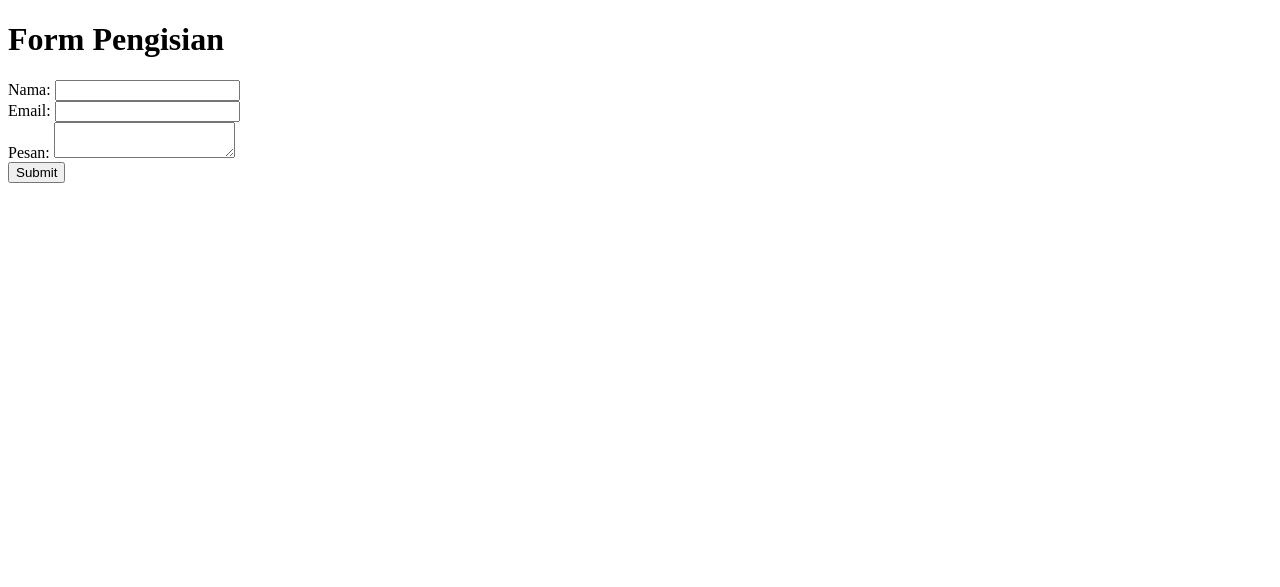
Repository: RifaiKN/flask-week10
Page: http://localhost/form/
The author's editor kept a copy of each file at every save. The page is drawn from the files as they stood at one save, then again after the next save.
The browser window is 1280 px wide. The pictures show the whole page.
The page is served by the project's application, run on Flask 3 (app.py). Other server files are loaded and not shown.

Above is the page before, as saved 2023-11-17 22:39:07.

### templates/form.html
<!DOCTYPE html>
<html lang="en">
<head>
    <meta charset="UTF-8">
    <meta name="viewport" content="width=device-width, initial-scale=1.0">
    <title>Form</title>
</head>
<body>
    <h1>Form Pengisian</h1>
    <form action="/form/" method="post">
        <label for="nama">Nama:</label>
        <input type="text" id="nama" name="nama" required>
        <br>
        <label for="email">Email:</label>
        <input type="email" id="email" name="email" required>
        <br>
        <label for="pesan">Pesan:</label>
        <textarea id="pesan" name="pesan" required></textarea>
        <br>
        <button type="submit">Submit</button>
    </form>
</body>
</html>

### app.py
from flask import Flask, render_template, request, redirect
from fibonacci import get_fibonacci_sequence
from csv2json import tampilkan_data
import csv

app = Flask(__name__)

# Route untuk homepage - Nomor 1
@app.route('/')
def home():
    return render_template('home.html')

@app.route('/profil')
def profil():
    return render_template('profil.html')

@app.route('/hobi')
def hobi():
    return render_template('hobi.html')

@app.route('/pendidikan')
def pendidikan():
    return render_template('pendidikan.html')

@app.route('/pengalaman')
def pengalaman():
    return render_template('pengalaman.html')

# Route untuk Fibonacci - Nomor 2
@app.route('/fibonacci', methods=['GET', 'POST'])
def fibonacci():
    result = None
    error = None
    if request.method == 'POST':
        try:
            length = int(request.form['length'])
            if length < 0:
                raise ValueError("Deret Fibonacci tidak boleh kurang dari 0")
            result = get_fibonacci_sequence(length)
        except ValueError as e:
            error = str(e)

    return render_template('fibonacci.html', result=result, error=error)

# Route untuk CSV2JSON - Nomor 3
@app.route('/getjson')
def csvtojson():
    return tampilkan_data()

# Route untuk Form - Nomor 4
@app.route('/form/', methods=['GET', 'POST'])
def form():
    if request.method == 'POST':
        try:
            nama = request.form['nama']
            email = request.form['email']
            pesan = request.form['pesan']

            # Simpan data ke file forms.csv
            with open('static/forms.csv', 'a', newline='') as csvfile:
                fieldnames = ['Nama', 'Email', 'Pesan']
                writer = csv.DictWriter(csvfile, fieldnames=fieldnames)

                # Tulis data ke file CSV
                writer.writerow({'Nama': nama, 'Email': email, 'Pesan': pesan})

            return redirect('/hasilform/')  # Redirect ke halaman /hasilform/

        except Exception as e:
            return f"An error occurred: {str(e)}"

    return render_template('form.html')


@app.route('/hasilform/')
def hasil_form():
    # Baca data dari file forms.csv
    with open('static/forms.csv', 'r') as csvfile:
        reader = csv.DictReader(csvfile)
        data = list(reader)

    return render_template('hasilform.html', data=data)

if __name__ == "__main__":
    app.run(debug=True)

After the next save:
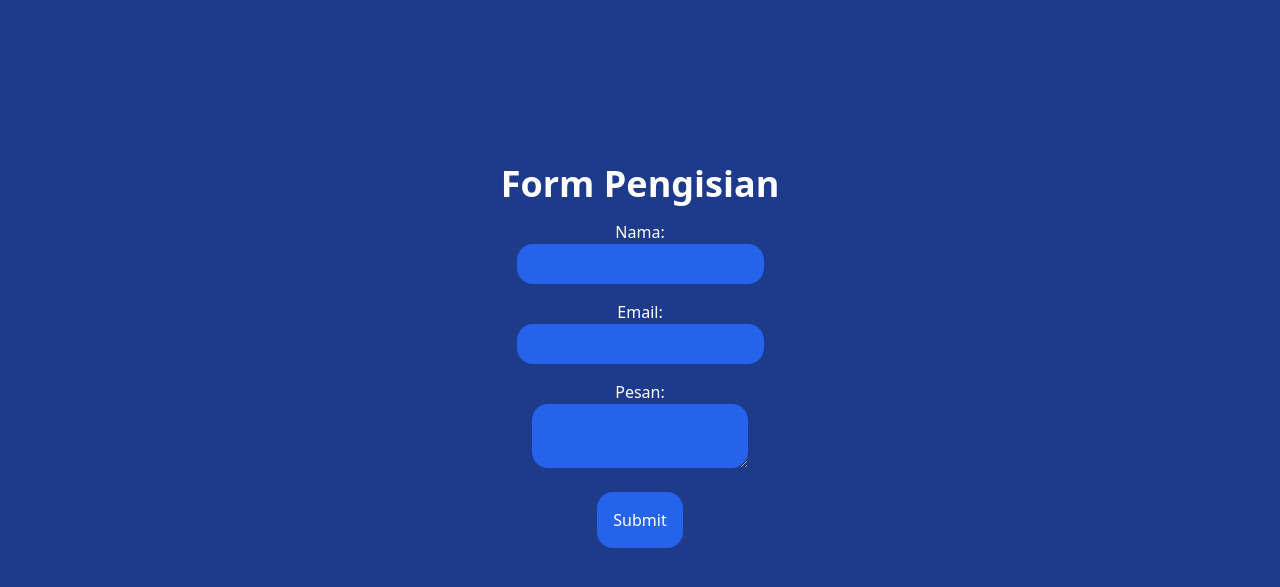
Saved 98 s later.
--- a/templates/form.html
+++ b/templates/form.html
@@ -1,23 +1,30 @@
 <!DOCTYPE html>
 <html lang="en">
+
 <head>
     <meta charset="UTF-8">
     <meta name="viewport" content="width=device-width, initial-scale=1.0">
     <title>Form</title>
+    <link rel="stylesheet" href="https://unpkg.com/tailwindcss@^2.2/dist/tailwind.min.css">
 </head>
-<body>
-    <h1>Form Pengisian</h1>
-    <form action="/form/" method="post">
-        <label for="nama">Nama:</label>
-        <input type="text" id="nama" name="nama" required>
-        <br>
-        <label for="email">Email:</label>
-        <input type="email" id="email" name="email" required>
-        <br>
-        <label for="pesan">Pesan:</label>
-        <textarea id="pesan" name="pesan" required></textarea>
-        <br>
-        <button type="submit">Submit</button>
+
+<body class="bg-blue-900 text-white flex flex-col items-center justify-center min-h-screen">
+    <h1 class="text-4xl font-bold mb-4">Form Pengisian</h1>
+    <form action="/form/" method="post" class="flex flex-col items-center">
+        <label for="nama" class="text-white">Nama:</label>
+        <input type="text" id="nama" name="nama" required
+            class="bg-blue-600 text-white p-2 rounded-2xl focus:outline-none focus:ring focus:border-blue-300 mb-4">
+        <label for="email" class="text-white">Email:</label>
+        <input type="email" id="email" name="email" required
+            class="bg-blue-600 text-white p-2 rounded-2xl focus:outline-none focus:ring focus:border-blue-300 mb-4">
+        <label for="pesan" class="text-white">Pesan:</label>
+        <textarea id="pesan" name="pesan" required
+            class="bg-blue-600 text-white p-2 rounded-2xl focus:outline-none focus:ring focus:border-blue-300 mb-4"></textarea>
+        <button type="submit"
+            class="m-2 p-4 bg-blue-600 hover:bg-blue-700 rounded-2xl text-white focus:outline-none focus:ring focus:border-blue-300">
+            Submit
+        </button>
     </form>
 </body>
+
 </html>
